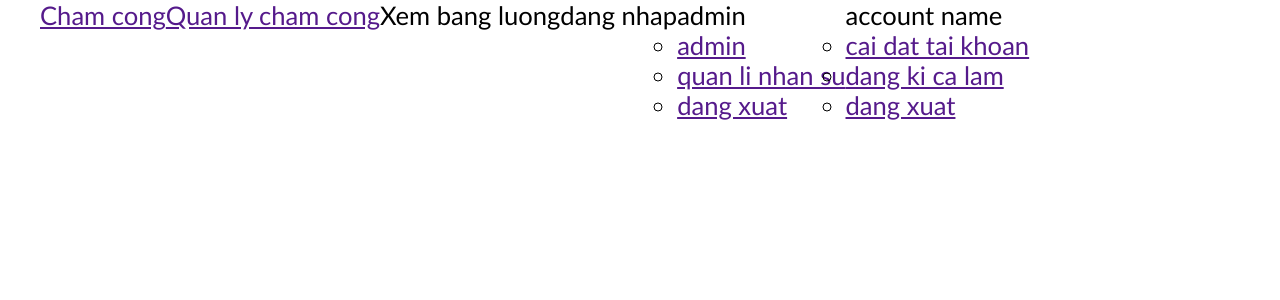
Repository: LDDUNG2003/a
Page: index.html
The author's editor kept a copy of each file at every save. The page is drawn from the files as they stood at one save, then again after the next save.
The browser window is 1280 px wide. The pictures show the whole page.

Above is the page before, as saved 2023-10-13 23:22:08.

### index.html
<!DOCTYPE html>
<html lang="en">

<head>
    <meta charset="UTF-8">
    <meta name="viewport" content="width=device-width, initial-scale=1.0">
    <title>trang chu</title>
    <link rel="stylesheet" href="./controlView/css/base.css">
    <link rel="stylesheet" href="./controlView/css/index.css">
</head>

<body>
    <div class="main">
        <!-- start header -->
        <header class="app__header">
            <nav class="navBar">
                <ul class="navBar-list">
                    <li class="navBar--items"><a href="" class="navbar--link">Cham cong</a></li>
                    <li class="navBar--items"><a href="" class="navbar--link">Quan ly cham cong</a></li>
                    <li class="navBar--items">
                        <a href="" class="navbar--link"></a>Xem bang luong</li>
                    <!-- login  -->
                    <li class="navBar--items">
                        <a href="" class="navbar--link"></a>dang nhap</li>
                    <!-- admin menu -->
                    <li class="navBar--items">
                        admin
                        <ul class="account-list">
                            <li class="account--item"><a href="" class="account--link">admin</a></li>
                            <li class="account--item"><a href="" class="account--link">quan li nhan su</a></li>
                            <li class="account--item"><a href="" class="account--link">dang xuat</a></li>
                        </ul>
                    </li>
                    <!-- personnel menu -->
                    <li>
                        account name
                        <ul class="acount-list">
                            <li class="account--item"><a href="" class="account--link">cai dat tai khoan</a></li>
                            <li class="account--item"><a href="" class="account--link">dang ki ca lam</a></li>
                            <li class="account--item"><a href="" class="account--link">dang xuat</a></li>
                        </ul>
                    </li>
                </ul>
            </nav>
        </header>
        <!-- end header -->

        <!-- start content -->
        <div class="app__content">

        </div>
        <!-- end content -->
    </div>
</body>

</html>

### controlView/css/base.css
:root {
    --primary-color: #0066cc;
    --text-color: #414141;
}

* {
    padding: 0px;
    margin: 0px;
    /* font-size: 0.62rem; */
    font-family: 'Trebuchet MS', 'Lucida Sans Unicode', 'Lucida Grande', 'Lucida Sans', Arial, sans-serif;
}

.main {
    width: 100%;
    margin: auto;
}

.header {
    width: 100%;
    background-color: var(--primary-color);
}

.navBar {
    width: 100%;
    max-width: 1200px;
    margin: auto;
    display: flex;
    justify-content: space-between;
}

.navBar-list {
    display: flex;
    list-style: none;
    font-size: 1.6rem;
}

.navBar-list--item {}

.navBar-list--link:hover {
    background-color: #fff;
    color: black;
}

.navBar-list--link {
    color: #fff;
    font-size: 1.8rem;
    font-weight: 500;
    text-decoration: none;
    text-transform: capitalize;
    padding: 5px 10px;
    display: block;
}

.content {
    width: 100%;
    max-width: 1200px;
    margin: auto;
    padding-top: 20px;
}

Loaded but not shown: controlView/css/index.css (no stored copy; drawn as an empty file)

After the next save:
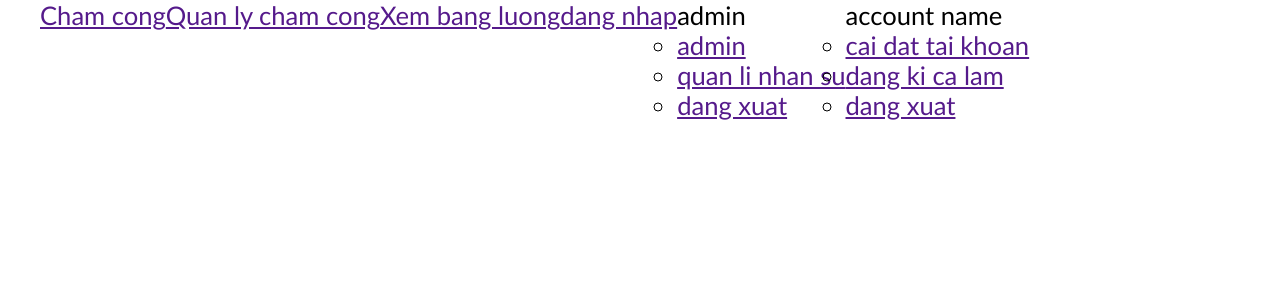
Saved 43 s later.
--- a/index.html
+++ b/index.html
@@ -18,10 +18,10 @@
                     <li class="navBar--items"><a href="" class="navbar--link">Cham cong</a></li>
                     <li class="navBar--items"><a href="" class="navbar--link">Quan ly cham cong</a></li>
                     <li class="navBar--items">
-                        <a href="" class="navbar--link"></a>Xem bang luong</li>
+                        <a href="" class="navbar--link">Xem bang luong</a></li>
                     <!-- login  -->
                     <li class="navBar--items">
-                        <a href="" class="navbar--link"></a>dang nhap</li>
+                        <a href="" class="navbar--link">dang nhap</a></li>
                     <!-- admin menu -->
                     <li class="navBar--items">
                         admin
